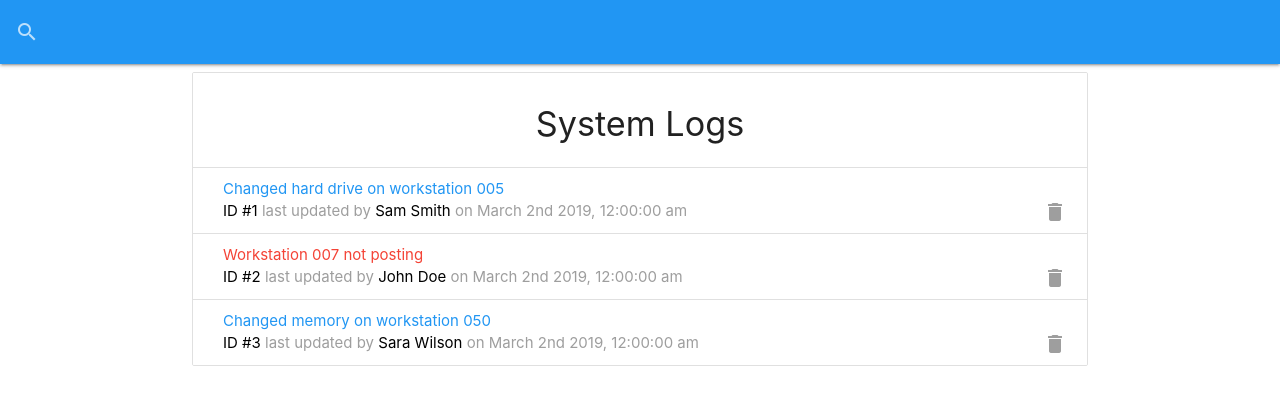
Repository: Ajtheult/IT-Logger
Page: /
An editor plug-in stored every save of this project. The page is shown before and after the next save, followed by the edit.
The browser window is 1280 px wide. The pictures show the whole page.
The project was rebuilt for these pictures with package versions that can differ from the ones it lists, and the page was loaded fresh each time. Requests to the local data server were answered from the project's data file. Also part of the build but not shown: src/App.css.

Above is the page before, as saved 2020-06-23 16:55:14.

### public/index.html
<!DOCTYPE html>
<html lang="en">
  <head>
    <meta charset="utf-8" />
    <link rel="icon" href="%PUBLIC_URL%/favicon.ico" />
    <meta name="viewport" content="width=device-width, initial-scale=1" />
    <meta name="theme-color" content="#000000" />
    <meta
      name="description"
      content="Web site created using create-react-app"
    />

    <link
      href="https://fonts.googleapis.com/icon?family=Material+Icons"
      rel="stylesheet"
    />
    <link rel="manifest" href="%PUBLIC_URL%/manifest.json" />

    <title>IT Logger</title>
  </head>
  <body>
    <noscript>You need to enable JavaScript to run this app.</noscript>
    <div id="root"></div>
  </body>
</html>

### src/App.js
import React, { Fragment, useEffect } from "react";
import SearchBar from "./components/layout/SearchBar";
import Logs from "./components/logs/Logs";

import "materialize-css/dist/css/materialize.min.css";
import M from "materialize-css/dist/js/materialize.min.js";
import "./App.css";

const App = () => {
  useEffect(() => {
    // Init Materialize JS
    M.AutoInit();
  });
  return (
    <Fragment>
      <SearchBar />

      <div className="container">
        <Logs />
      </div>
    </Fragment>
  );
};

export default App;

### src/components/layout/SearchBar.js
import React from "react";

const SearchBar = () => {
  return (
    <nav style={{ marginBotton: "30px" }} className="blue">
      <div className="nav-wrapper">
        <form>
          <div className="input-field">
            <input id="search" type="search" required />
            <label className="label-icon" htmlFor="search">
              <i className="material-icons">search</i>
            </label>
            <i className="material-icons">close</i>
          </div>
        </form>
      </div>
    </nav>
  );
};

export default SearchBar;

### src/components/logs/Logs.js
import React, { useState, useEffect } from "react";
import LogItem from "./LogItem";

const Logs = () => {
  const [logs, setLogs] = useState([]);
  const [loading, setLoading] = useState(false);

  useEffect(() => {
    getLogs();
    //eslint-disable-next-line
  }, []);
  const getLogs = async () => {
    setLoading(true);
    const res = await fetch("/logs");
    const data = await res.json();

    setLogs(data);
    setLoading(false);
  };
  if (loading) {
    return <h4>Loading...</h4>;
  }
  return (
    <ul className="collection with-header">
      <li className="collection-header">
        <h4 className="center">System Logs</h4>
      </li>
      {!loading && logs.length === 0 ? (
        <p className="center">No logs to show...</p>
      ) : (
        logs.map((log) => <LogItem log={log} key={log.id} />)
      )}
    </ul>
  );
};

export default Logs;

### src/components/logs/LogItem.js
import React from "react";
import Moment from "react-moment";
import PropTypes from "prop-types";

const LogItem = ({ log }) => {
  return (
    <li className="collection-item">
      <div>
        <a
          href="#edit-log-modal"
          className={`modal-trigger ${
            log.attention ? "red-text" : "blue-text"
          }`}
        >
          {log.message}
        </a>
        <br />
        <span className="grey-text">
          <span className="black-text">ID #{log.id}</span> last updated by{" "}
          <span className="black-text">{log.tech}</span> on{" "}
          <Moment format="MMMM Do YYYY, h:mm:ss a">{log.date}</Moment>
        </span>
        <a href="#" className="secondary-content">
          <i className="material-icons grey-text">delete</i>
        </a>
      </div>
    </li>
  );
};

LogItem.propTypes = {
  log: PropTypes.object.isRequired,
};

export default LogItem;

### db.json
{
  "logs": [
    {
      "id": 1,
      "message": "Changed hard drive on workstation 005",
      "attention": false,
      "date": "03-02-2019",
      "tech": "Sam Smith"
    },
    {
      "id": 2,
      "message": "Workstation 007 not posting",
      "attention": true,
      "date": "03-02-2019",
      "tech": "John Doe"
    },
    {
      "id": 3,
      "message": "Changed memory on workstation 050",
      "attention": false,
      "date": "03-02-2019",
      "tech": "Sara Wilson"
    }
  ],
  "techs": [
    {
      "id": 1,
      "firstname": "John",
      "lastname": "Doe"
    },
    {
      "id": 2,
      "firstname": "Sam",
      "lastname": "Smith"
    },
    {
      "id": 3,
      "firstname": "Sara",
      "lastname": "Wilson"
    }
  ]
}

Loaded but not shown: src/index.js (common file)

After the next save:
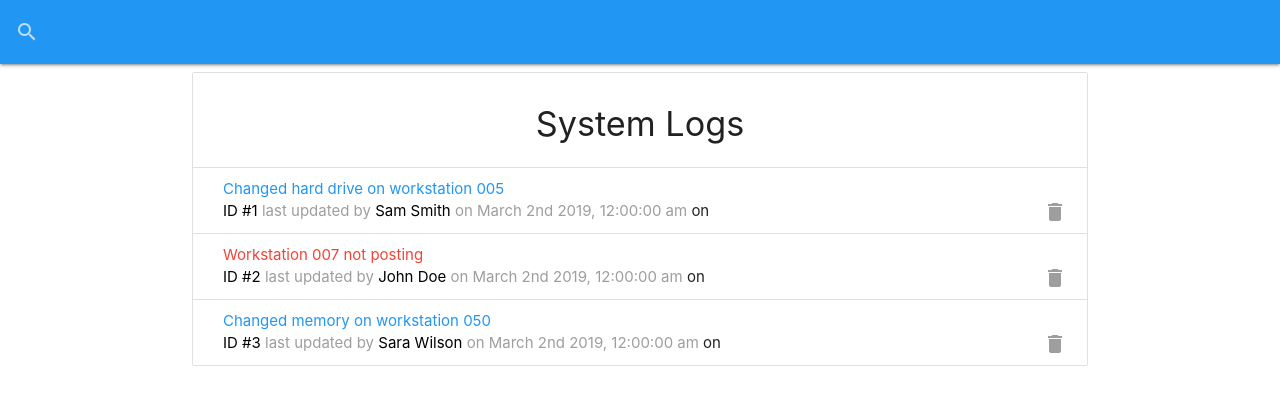
Saved 72 s later.
--- a/src/components/logs/LogItem.js
+++ b/src/components/logs/LogItem.js
@@ -19,7 +19,8 @@ const LogItem = ({ log }) => {
           <span className="black-text">ID #{log.id}</span> last updated by{" "}
           <span className="black-text">{log.tech}</span> on{" "}
           <Moment format="MMMM Do YYYY, h:mm:ss a">{log.date}</Moment>
-        </span>
+        </span>{" "}
+        on{" "}
         <a href="#" className="secondary-content">
           <i className="material-icons grey-text">delete</i>
         </a>
